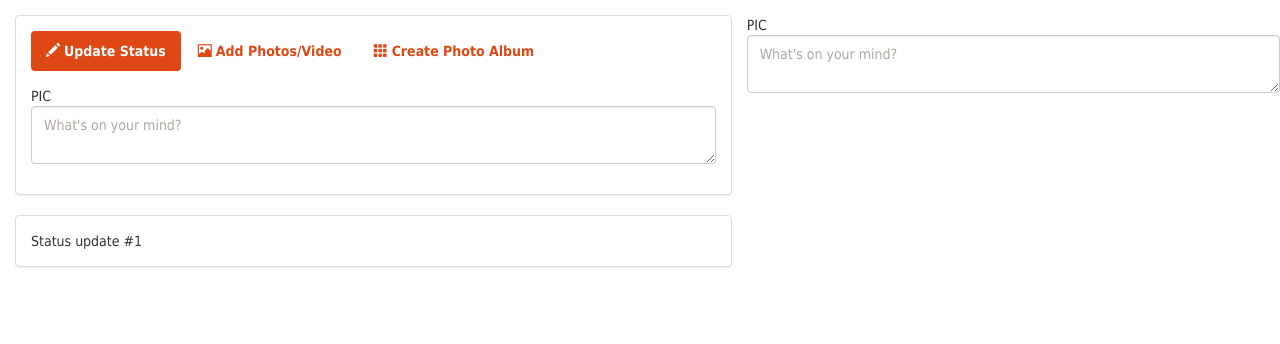
Repository: harshagithub19/news_feed
Page: fbapp3/src/main/webapp/statuscheck.html
These files come from the project's save history. The page is drawn as it stood at one moment and after the next save; the edit follows.
The browser window is 1280 px wide. The pictures show the whole page.
Some web fonts or font styles are not loaded; a fallback is used. Some web libraries are served in a nearby version.

Above is the page before, as saved 2017-03-02 04:15:50.

### fbapp3/src/main/webapp/statuscheck.html
<!DOCTYPE html>
<html>
<head>
<meta charset="UTF-8">
<meta http-equiv="Content-Type" content="text/html; charset=ISO-8859-1">


<script src="https://ajax.googleapis.com/ajax/libs/jquery/3.1.1/jquery.min.js"></script>
<script src="https://ajax.googleapis.com/ajax/libs/jquery/3.1.1/jquery.ui.min.js"></script>
<script src="https://maxcdn.bootstrapcdn.com/bootstrap/3.3.7/js/bootstrap.min.js"></script>
<script type="text/javascript" src="http://cdn.jsdelivr.net/jquery.cookie/1.3.1/jquery.cookie.js"></script>
<link href="bootstrap/css/bootstrap.css" rel="stylesheet" />
<link href="assets/css/bootstrap-united.css" rel="stylesheet" />



<style type="text/css">
</style>
<title>Insert title here</title>
</head>
<body>


<!-- Main feed: A cell that spans 7 columns -->
<div class="col-md-7">
  <!-- Status update entry -->
		 <div class="panel panel-default">
		  <div class="panel-body">
		    <ul class="nav nav-pills">
		      <li role="presentation" class="active">
		        <a href="#"><span class="glyphicon glyphicon-pencil"></span> <strong>Update Status</strong></a>
		      </li>
		      <li role="presentation">
		        <a href="#"><span class="glyphicon glyphicon-picture"></span> <strong>Add Photos/Video</strong></a>
		      </li>
		      <li role="presentation">
		        <a href="#"><span class="glyphicon glyphicon-th"></span> <strong>Create Photo Album</strong></a>
		      </li>
		    </ul>

		     <div class="media">
				  <div class="media-left media-top">
				    PIC
				  </div>
				  <div class="media-body">
				    <div class="form-group">
				      <!-- rows="2" means "display the textarea as 2 rows high". The user can
				           enter more than 2 rows of text. -->
				      <textarea class="form-control" rows="2" placeholder="What's on your mind?"></textarea>
				    </div>
				  </div>
			</div>




		  </div>
		</div>


  <!-- Status update #1 -->
  <div class="panel panel-default">
    <div class="panel-body">
      Status update #1
    </div>
  </div>
</div>



<div class="media">
  <div class="media-left media-top">
    PIC
  </div>
  <div class="media-body">
    <div class="form-group">
      <!-- rows="2" means "display the textarea as 2 rows high". The user can
           enter more than 2 rows of text. -->
      <textarea class="form-control" rows="2" placeholder="What's on your mind?"></textarea>
    </div>
  </div>
</div>






</body>
</html>

Loaded but not shown: fbapp3/src/main/webapp/bootstrap/css/bootstrap.css (library); fbapp3/src/main/webapp/assets/css/bootstrap-united.css (library)

After the next save:
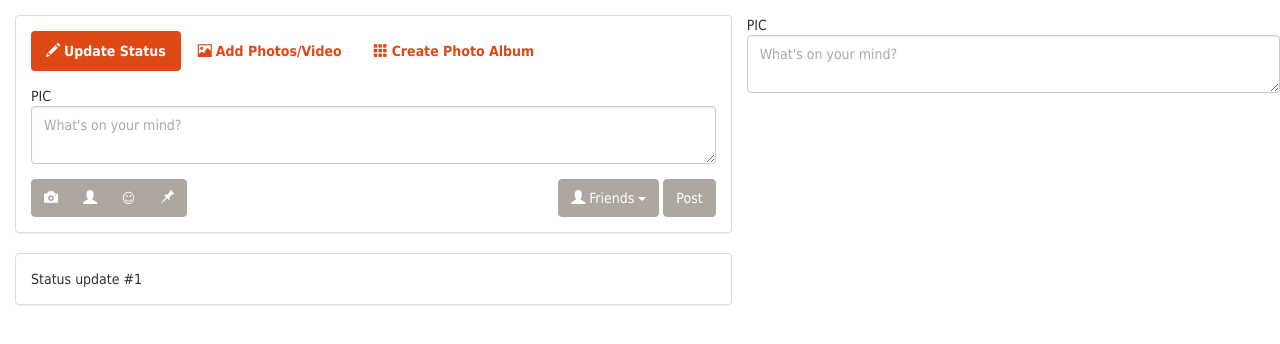
Saved 2 min 18 s later.
--- a/fbapp3/src/main/webapp/statuscheck.html
+++ b/fbapp3/src/main/webapp/statuscheck.html
@@ -51,6 +51,34 @@
 				  </div>
 			</div>
 
+			 <div class="row">
+				  <div class="col-md-6">
+				    <div class="btn-group" role="group">
+				      <button type="button" class="btn btn-default">
+				        <span class="glyphicon glyphicon-camera"></span>
+				      </button>
+				      <button type="button" class="btn btn-default">
+				        <span class="glyphicon glyphicon-user"></span>
+				      </button>
+				      <button type="button" class="btn btn-default">
+				        ☺
+				      </button>
+				      <button type="button" class="btn btn-default">
+				        <span class="glyphicon glyphicon-pushpin"></span>
+				      </button>
+				    </div>
+				  </div>
+				  <div class="col-md-6">
+				    <div class="pull-right">
+				      <button type="button" class="btn btn-default">
+				        <span class="glyphicon glyphicon-user"></span> Friends <span class="caret"></span>
+				      </button>
+				      <button type="button" class="btn btn-default">
+				        Post
+				      </button>
+				    </div>
+				  </div>
+           </div>
 
 
 
